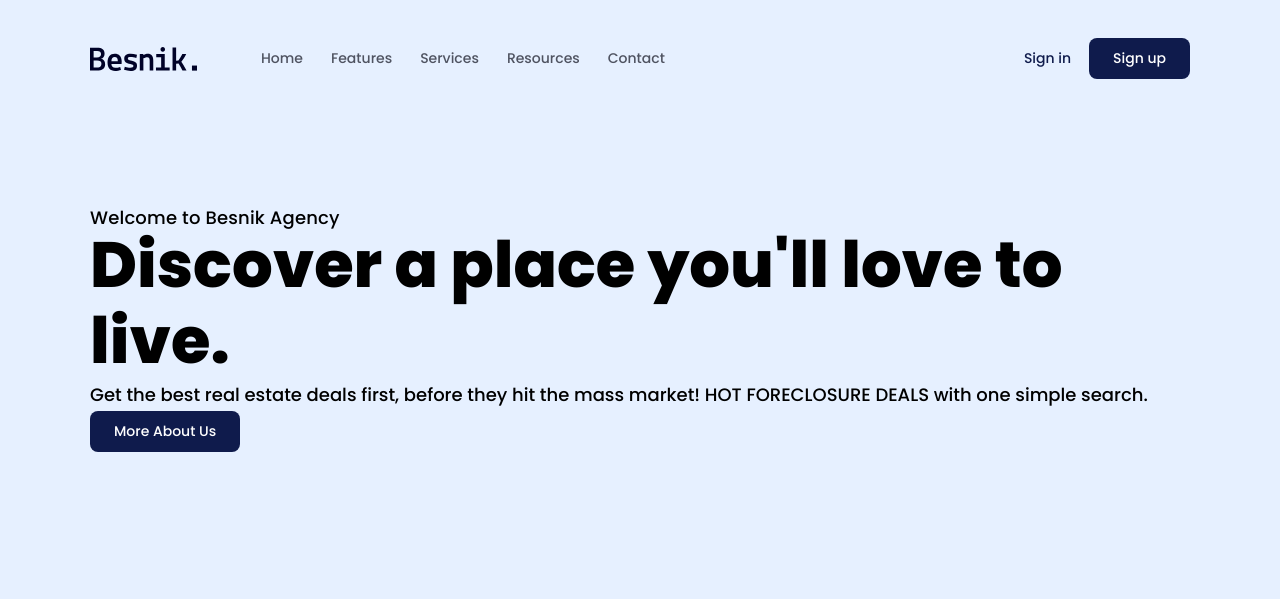
Repository: ducvui2003/f8-project-01
Page: index.html
An editor plug-in stored every save of this project. The page is shown before and after the next save, followed by the edit.
The browser window is 1280 px wide. The pictures show the whole page.

Above is the page before, as saved 2023-06-16 19:40:02.

### index.html
<!DOCTYPE html>
<html lang="en">

<head>
    <meta charset="UTF-8">
    <meta name="viewport" content="width=device-width, initial-scale=1.0">
    <title>f8-procject-01</title>

    <link rel="stylesheet" href="./asset/css/reset.css">
    <link rel="stylesheet" href="./asset/font/stylesheet.css">
    <link rel="stylesheet" href="./asset/css/styles.css">
</head>

<body>
    <main>
        <!-- Header -->
        <header class="header">
            <div class="content">
                <!--  -->
                <nav class="nav">
                    <!-- Logo -->
                    <img src="./asset/img/logo.svg" alt="">

                    <!-- Navigation -->
                    <ul>
                        <li><a href="">Home</a></li>
                        <li><a href="">Features</a></li>
                        <li><a href="">Services</a></li>
                        <li><a href="">Resources</a></li>
                        <li><a href="">Contact</a></li>
                    </ul>

                    <!-- Action -->
                    <div class="actions">
                        <a href="#!" class="action-link">Sign in</a>
                        <a href="#!" class="btn action-btn">Sign up</a>
                    </div>
                </nav>
                <div class="hero">
                    <div class="info">
                        <p class="sub-title">Welcome to Besnik Agency</p>
                        <h1 class="title">Discover a place
                            you'll love to live.</h1>
                        <p class="desc">Get the best real estate deals first,
                            before they hit the mass market! HOT FORECLOSURE DEALS with one simple
                            search.</p>
                        <a href="#!" class="btn">More About Us</a>
                    </div>
                </div>
            </div>
        </header>

    </main>
</body>

</main>

</html>

### asset/font/stylesheet.css
/* =======Poppins font=========== */
@font-face {
  font-family: "Poppins";
  src: url("Poppins/Poppins-Black.woff2") format("woff2"),
    url("Poppins/Poppins-Black.woff") format("woff");
  font-weight: 900;
  font-style: normal;
  font-display: swap;
}

@font-face {
  font-family: "Poppins";
  src: url("Poppins/Poppins-BlackItalic.woff2") format("woff2"),
    url("Poppins/Poppins-BlackItalic.woff") format("woff");
  font-weight: 900;
  font-style: italic;
  font-display: swap;
}

@font-face {
  font-family: "Poppins";
  src: url("Poppins/Poppins-Bold.woff2") format("woff2"),
    url("Poppins/Poppins-Bold.woff") format("woff");
  font-weight: bold;
  font-style: normal;
  font-display: swap;
}

@font-face {
  font-family: "Poppins";
  src: url("Poppins/Poppins-BoldItalic.woff2") format("woff2"),
    url("Poppins/Poppins-BoldItalic.woff") format("woff");
  font-weight: bold;
  font-style: italic;
  font-display: swap;
}

@font-face {
  font-family: "Poppins";
  src: url("Poppins/Poppins-ExtraBold.woff2") format("woff2"),
    url("Poppins/Poppins-ExtraBold.woff") format("woff");
  font-weight: bold;
  font-style: normal;
  font-display: swap;
}

@font-face {
  font-family: "Poppins";
  src: url("Poppins/Poppins-ExtraBoldItalic.woff2") format("woff2"),
    url("Poppins/Poppins-ExtraBoldItalic.woff") format("woff");
  font-weight: bold;
  font-style: italic;
  font-display: swap;
}

@font-face {
  font-family: "Poppins";
  src: url("Poppins/Poppins-ExtraLight.woff2") format("woff2"),
    url("Poppins/Poppins-ExtraLight.woff") format("woff");
  font-weight: 200;
  font-style: normal;
  font-display: swap;
}

@font-face {
  font-family: "Poppins";
  src: url("Poppins/Poppins-ExtraLightItalic.woff2") format("woff2"),
    url("Poppins/Poppins-ExtraLightItalic.woff") format("woff");
  font-weight: 200;
  font-style: italic;
  font-display: swap;
}

@font-face {
  font-family: "Poppins";
  src: url("Poppins/Poppins-Italic.woff2") format("woff2"),
    url("Poppins/Poppins-Italic.woff") format("woff");
  font-weight: normal;
  font-style: italic;
  font-display: swap;
}

@font-face {
  font-family: "Poppins";
  src: url("Poppins/Poppins-Light.woff2") format("woff2"),
    url("Poppins/Poppins-Light.woff") format("woff");
  font-weight: 300;
  font-style: normal;
  font-display: swap;
}

@font-face {
  font-family: "Poppins";
  src: url("Poppins/Poppins-LightItalic.woff2") format("woff2"),
    url("Poppins/Poppins-LightItalic.woff") format("woff");
  font-weight: 300;
  font-style: italic;
  font-display: swap;
}

@font-face {
  font-family: "Poppins";
  src: url("Poppins/Poppins-Medium.woff2") format("woff2"),
    url("Poppins/Poppins-Medium.woff") format("woff");
  font-weight: 500;
  font-style: normal;
  font-display: swap;
}

@font-face {
  font-family: "Poppins";
  src: url("Poppins/Poppins-MediumItalic.woff2") format("woff2"),
    url("Poppins/Poppins-MediumItalic.woff") format("woff");
  font-weight: 500;
  font-style: italic;
  font-display: swap;
}

@font-face {
  font-family: "Poppins";
  src: url("Poppins/Poppins-SemiBold.woff2") format("woff2"),
    url("Poppins/Poppins-SemiBold.woff") format("woff");
  font-weight: 600;
  font-style: normal;
  font-display: swap;
}

@font-face {
  font-family: "Poppins";
  src: url("Poppins/Poppins-Regular.woff2") format("woff2"),
    url("Poppins/Poppins-Regular.woff") format("woff");
  font-weight: normal;
  font-style: normal;
  font-display: swap;
}

@font-face {
  font-family: "Poppins";
  src: url("Poppins/Poppins-SemiBoldItalic.woff2") format("woff2"),
    url("Poppins/Poppins-SemiBoldItalic.woff") format("woff");
  font-weight: 600;
  font-style: italic;
  font-display: swap;
}

@font-face {
  font-family: "Poppins";
  src: url("Poppins/Poppins-Thin.woff2") format("woff2"),
    url("Poppins/Poppins-Thin.woff") format("woff");
  font-weight: 100;
  font-style: normal;
  font-display: swap;
}

@font-face {
  font-family: "Poppins";
  src: url("Poppins/Poppins-ThinItalic.woff2") format("woff2"),
    url("Poppins/Poppins-ThinItalic.woff") format("woff");
  font-weight: 100;
  font-style: italic;
  font-display: swap;
}

### asset/css/styles.css
* {
  box-sizing: border-box;
}
html {
  font-size: 62.5%;
}
body {
  font-size: 1.6rem;
  font-family: "Poppins";
}
:root {
  --primary-color: #0f1b4c;
}
/* Common */
a {
  text-decoration: none;
}
.content {
  width: 1100px;
  max-width: calc(100% - 48px);
  margin-left: auto;
  margin-right: auto;
}

.btn {
  min-width: 98px;
  background-color: var(--primary-color);
  border-radius: 0.8rem;
  padding: 10px 24px;
  color: white;
  font-style: normal;
  font-weight: 500;
  font-size: 1.4rem;
  line-height: 2.1rem;
  display: inline-block;
}
.btn:hover {
  opacity: 0.9;
}
/* Header */
.header {
  height: 100vh;
  background-color: #e6f0ff;
}

.header .nav {
  display: flex;
  align-items: center;
  padding-top: 38px;
}
.header .nav ul {
  margin-left: 50px;
  margin-right: auto;

  display: flex;
  justify-content: space-between;
}

.header .nav ul a {
  color: #4f5361;
  padding: 8px 14px;
  /* Padding in tag inline block  */
}
.header .nav ul a:hover {
  text-decoration: underline;
}
.header .nav a {
  font-weight: 500;
  font-size: 1.4rem;
  line-height: 2.1rem;
}
.header .nav .actions {
  display: flex;
  justify-content: center;
  align-items: center;
  gap: 1.8rem;
}
.header .nav .action-link {
  color: var(--primary-color);
}
.hero {
  margin-top: 130px;
}
.hero .sub-title,
.hero .desc {
  font-style: normal;
  font-weight: 500;
  font-size: 1.8rem;
}
.hero .sub-title {
  letter-spacing: 0.01em;
}
.hero .title {
  font-style: normal;
  font-weight: 700;
  font-size: 6.4rem;
  line-height: 1.19;
}
.hero .desc {
  line-height: 3.2rem;
}

Loaded but not shown: asset/css/reset.css (common file)

After the next save:
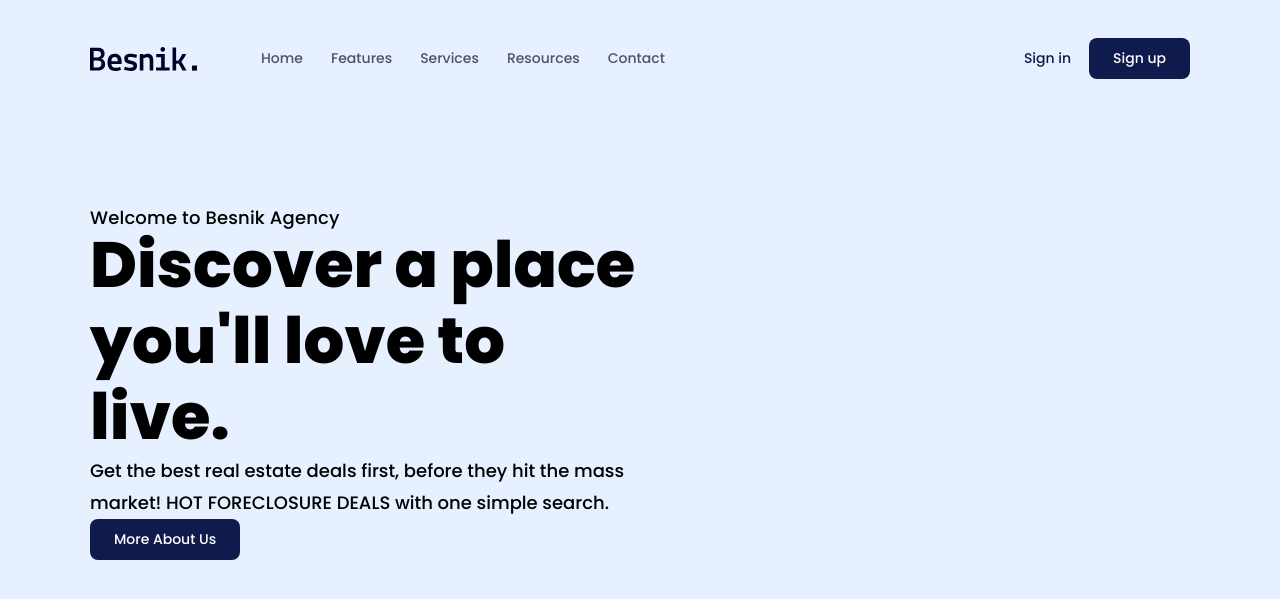
Saved 85 s later.
--- a/asset/css/styles.css
+++ b/asset/css/styles.css
@@ -81,6 +81,9 @@
 .hero {
   margin-top: 130px;
 }
+.hero .info {
+  width: 51%;
+}
 .hero .sub-title,
 .hero .desc {
   font-style: normal;
